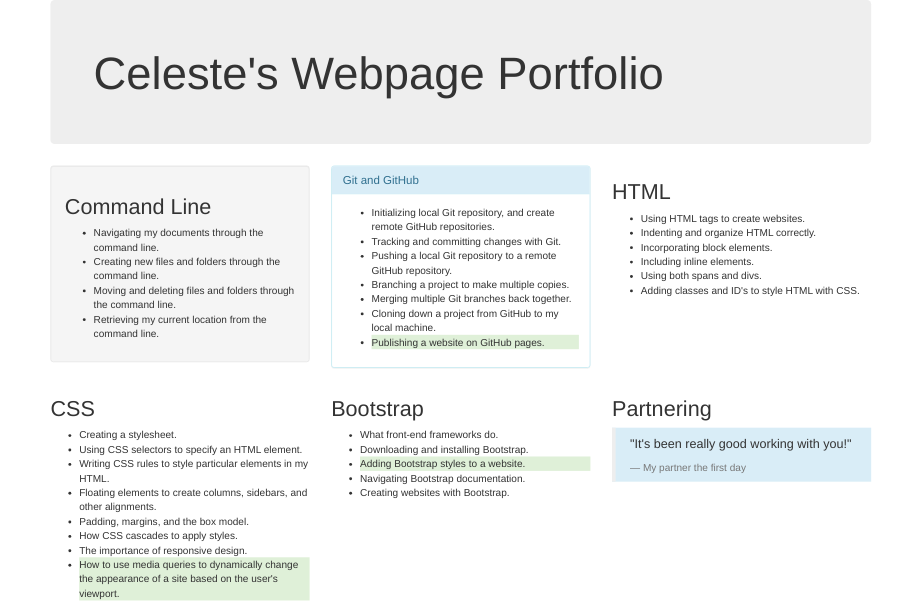
Repository: fieldceleste/portfolio-celeste
Page: portfolio-celeste.html
The author's editor kept a copy of each file at every save. The page is drawn from the files as they stood at one save, then again after the next save.
The browser window is 1280 px wide. The pictures show the whole page, at 72% of full size.

Above is the page before, as saved 2019-11-01 11:29:37.

### portfolio-celeste.html
<!DOCTYPE html>
<html>
  <head>
    <title>Celeste Field's Portfolio</title>
    <link href="css/bootstrap.css" rel="stylesheet" type="text/css">
  </head>
  <body>
    <div class="container">
      <div class="jumbotron">
        <h1>Celeste's Webpage Portfolio</h1>
        <p>

        </p>
      </div>
      <div class="row">
        <div class="col-md-4">
          <div class="well">
            <h2>Command Line</h2>
            <ul>
              <li>Navigating my documents through the command line.</li>
              <li>Creating new files and folders through the command line.</li>
              <li>Moving and deleting files and folders through the command line.</li>
              <li>Retrieving my current location from the command line.</li>
            </ul>
          </div>
        </div>
        <div class="col-md-4">
          <div class="panel panel-info">
            <div class="panel-heading">
              <h2 class="panel-title">Git and GitHub</h2>
            </div>
            <div class="panel-body">
              <ul>
                <li>Initializing local Git repository, and create remote GitHub repositories.</li>
                <li>Tracking and committing changes with Git.</li>
                <li>Pushing a local Git repository to a remote GitHub repository.</li>
                <li>Branching a project to make multiple copies.</li>
                <li>Merging multiple Git branches back together.</li>
                <li>Cloning down a project from GitHub to my local machine.</li>
                <li class="bg-success">Publishing a website on GitHub pages.</li>
              </ul>
            </div>
          </div>
        </div>
        <div class="col-md-4">
          <h2>HTML</h2>
          <ul>
            <li>Using HTML tags to create websites.</li>
            <li>Indenting and organize HTML correctly.</li>
            <li>Incorporating block elements.</li>
            <li>Including inline elements.</li>
            <li>Using both spans and divs.</li>
            <li>Adding classes and ID's to style HTML with CSS.</li>
          </ul>
        </div>
      </div>
      <div class="row">
        <div class="col-md-4">
          <h2>CSS</h2>
          <ul>
            <li>Creating a stylesheet.</li>
            <li>Using CSS selectors to specify an HTML element.</li>
            <li>Writing CSS rules to style particular elements in my HTML.</li>
            <li>Floating elements to create columns, sidebars, and other alignments.</li>
            <li>Padding, margins, and the box model.</li>
            <li>How CSS cascades to apply styles.</li>
            <li>The importance of responsive design.</li>
            <li class="bg-success">How to use media queries to dynamically change the appearance of a site based on the user's viewport.</li>
          </ul>
        </div>
        <div class="col-md-4">
          <h2>Bootstrap</h2>
          <ul>
            <li>What front-end frameworks do.</li>
            <li>Downloading and installing Bootstrap.</li>
            <li class="bg-success">Adding Bootstrap styles to a website.</li>
            <li>Navigating Bootstrap documentation.</li>
            <li>Creating websites with Bootstrap.</li>
          </ul>
        </div>
        <div class="col-md-4">
          <h2>Partnering</h2>
          <blockquote class="bg-info">
            <p>"It's been really good working with you!"</p>
            <footer>My partner the first day</footer>
          </blockquote>
        </div>
      </div>
    </div>
  </body>
</html>

Loaded but not shown: css/bootstrap.css (library)

After the next save:
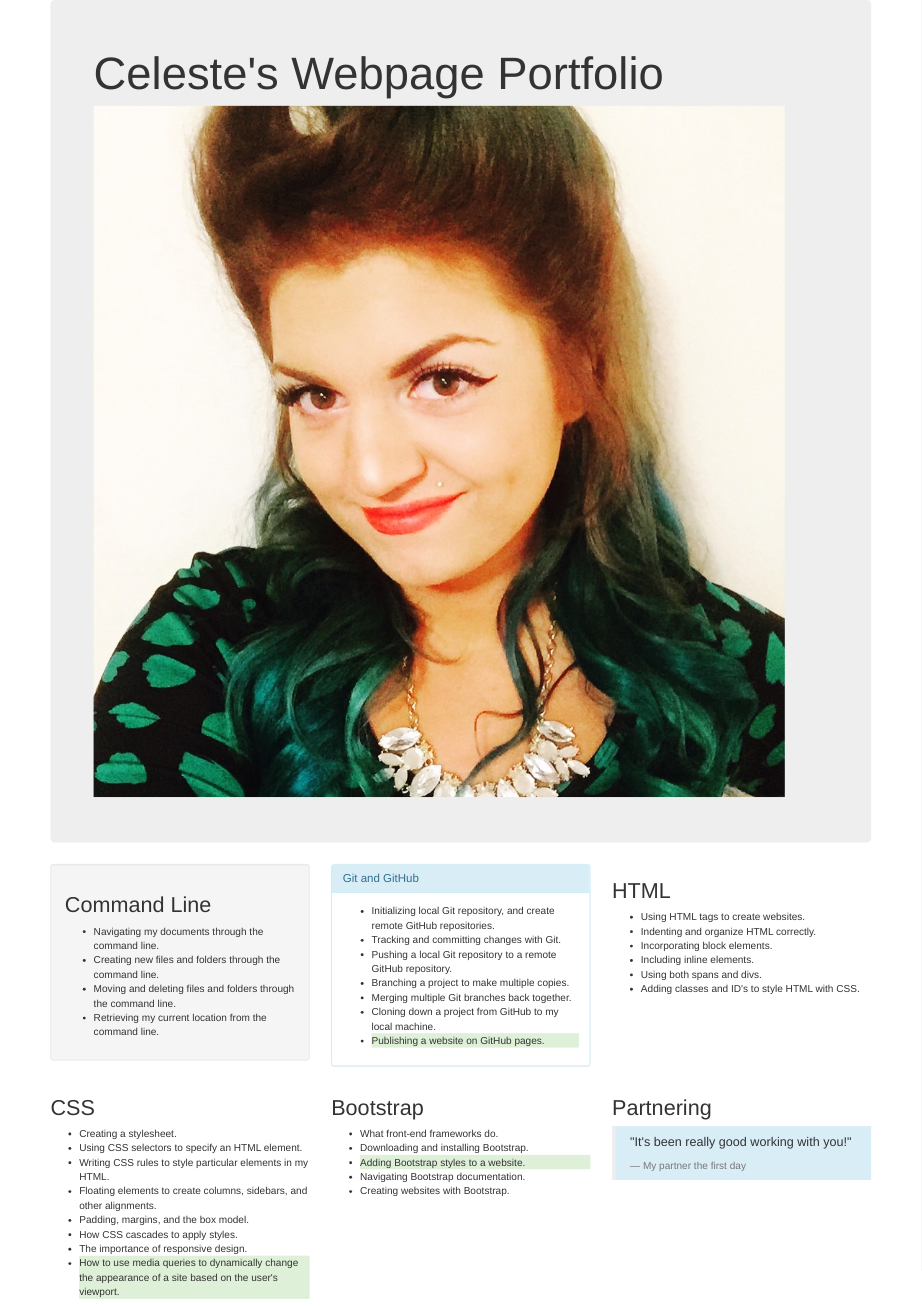
Saved 4 min 55 s later.
--- a/portfolio-celeste.html
+++ b/portfolio-celeste.html
@@ -9,7 +9,7 @@
       <div class="jumbotron">
         <h1>Celeste's Webpage Portfolio</h1>
         <p>
-
+          <img src="img/celeste.jpeg" alt="photo of celeste field">
         </p>
       </div>
       <div class="row">
